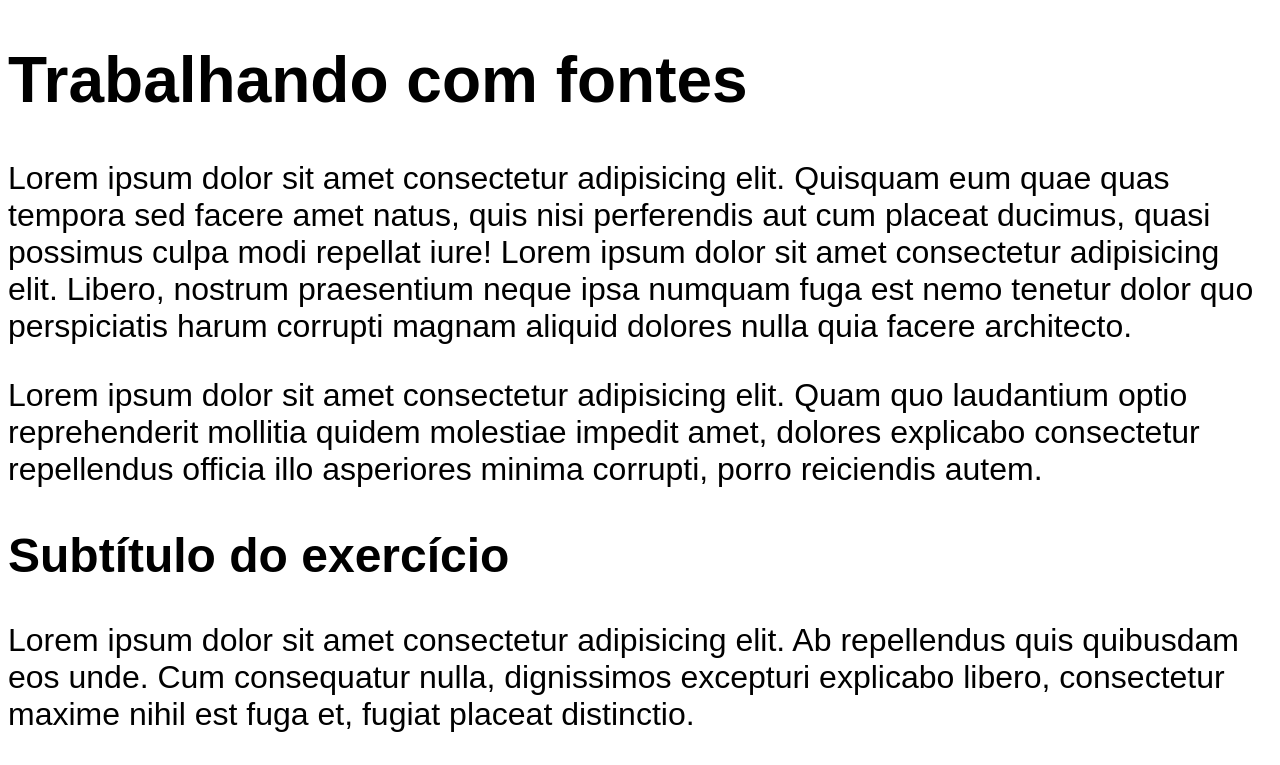
Repository: pheonix5/Estudo
Page: html-css/exercicios/ex017/fonte01.html
These files come from the project's save history. The page is drawn as it stood at one moment and after the next save; the edit follows.
The browser window is 1280 px wide. The pictures show the whole page.

Above is the page before, as saved 2023-08-12 00:51:32.

### html-css/exercicios/ex017/fonte01.html
<!DOCTYPE html>
<html lang="pt-br">
<head>
  <meta charset="UTF-8">
  <meta name="viewport" content="width=device-width, initial-scale=1.0">
  <title>Fontes em css</title>
  <style>
    body{
      font-family: Arial, Helvetica, sans-serif;

      /*
        Medidicas Absolutas
        cm, mm, in, px, pt, pc

        Medidas Relativas
        em, ex, rem, vw, vh, %
        16px geralmente = 1em
      */
      font-size: 2em;
    }
  </style>
</head>
<body>
  <h1>Trabalhando com fontes</h1>
  <p>Lorem ipsum dolor sit amet consectetur adipisicing elit. Quisquam eum quae quas tempora sed facere amet natus, quis nisi perferendis aut cum placeat ducimus, quasi possimus culpa modi repellat iure! Lorem ipsum dolor sit amet consectetur adipisicing elit. Libero, nostrum praesentium neque ipsa numquam fuga est nemo tenetur dolor quo perspiciatis harum corrupti magnam aliquid dolores nulla quia facere architecto.</p>
  <p> Lorem ipsum dolor sit amet consectetur adipisicing elit. Quam quo laudantium optio reprehenderit mollitia quidem molestiae impedit amet, dolores explicabo consectetur repellendus officia illo asperiores minima corrupti, porro reiciendis autem.</p>

  <h2>Subtítulo do exercício</h2>
  <p>Lorem ipsum dolor sit amet consectetur adipisicing elit. Ab repellendus quis quibusdam eos unde. Cum consequatur nulla, dignissimos excepturi explicabo libero, consectetur maxime nihil est fuga et, fugiat placeat distinctio.</p>


</body>
</html>

After the next save:
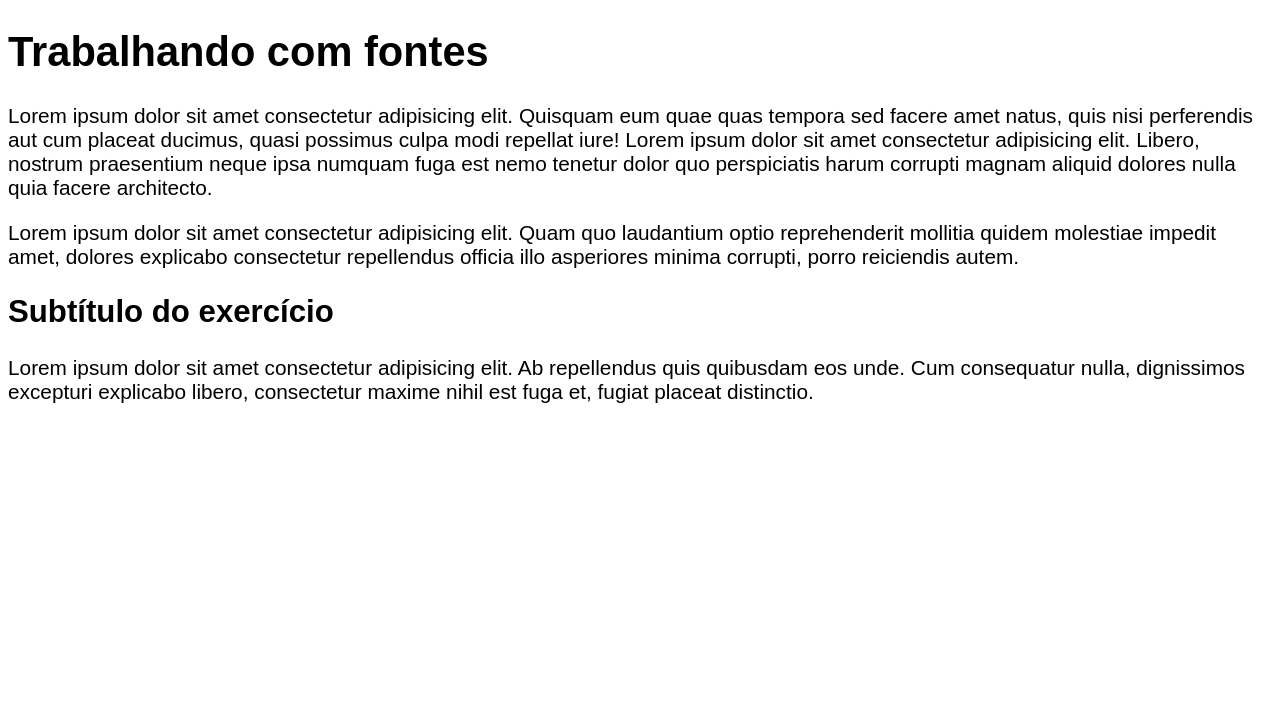
Saved 4 s later.
--- a/html-css/exercicios/ex017/fonte01.html
+++ b/html-css/exercicios/ex017/fonte01.html
@@ -16,7 +16,7 @@
         em, ex, rem, vw, vh, %
         16px geralmente = 1em
       */
-      font-size: 2em;
+      font-size: 1.3em;
     }
   </style>
 </head>
